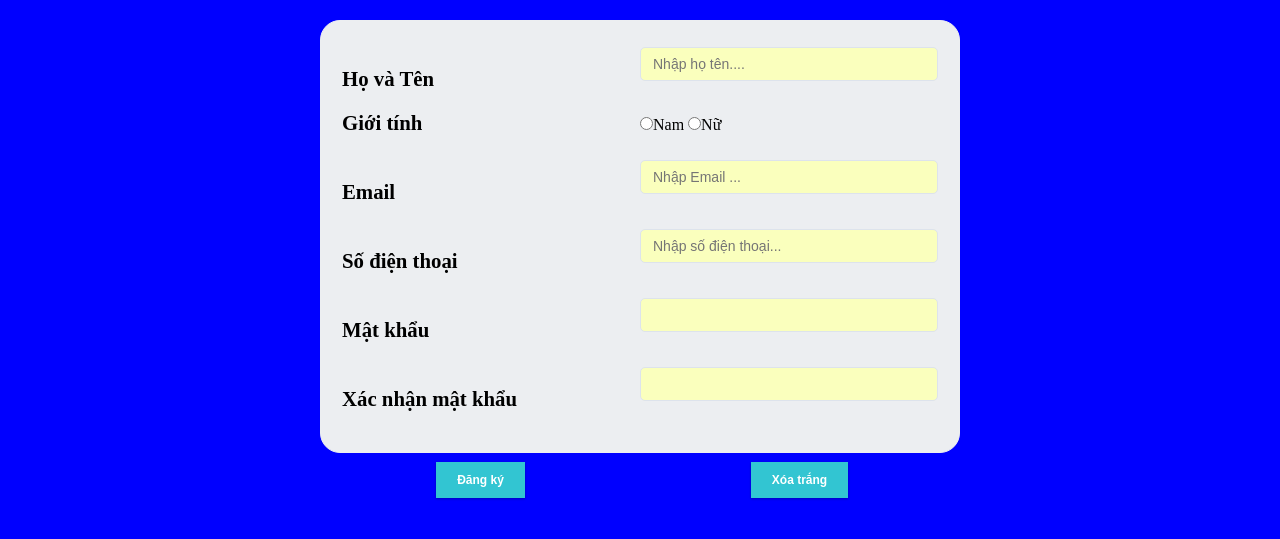
Repository: giacatdat2k5/html4
Page: buoi4/13.2.html
An editor plug-in stored every save of this project. The page is shown before and after the next save, followed by the edit.
The browser window is 1280 px wide. The pictures show the whole page.
Some icons come from a web library that is not loaded, so they are not drawn.

Above is the page before, as saved 2023-10-01 01:04:19.

After the next save:
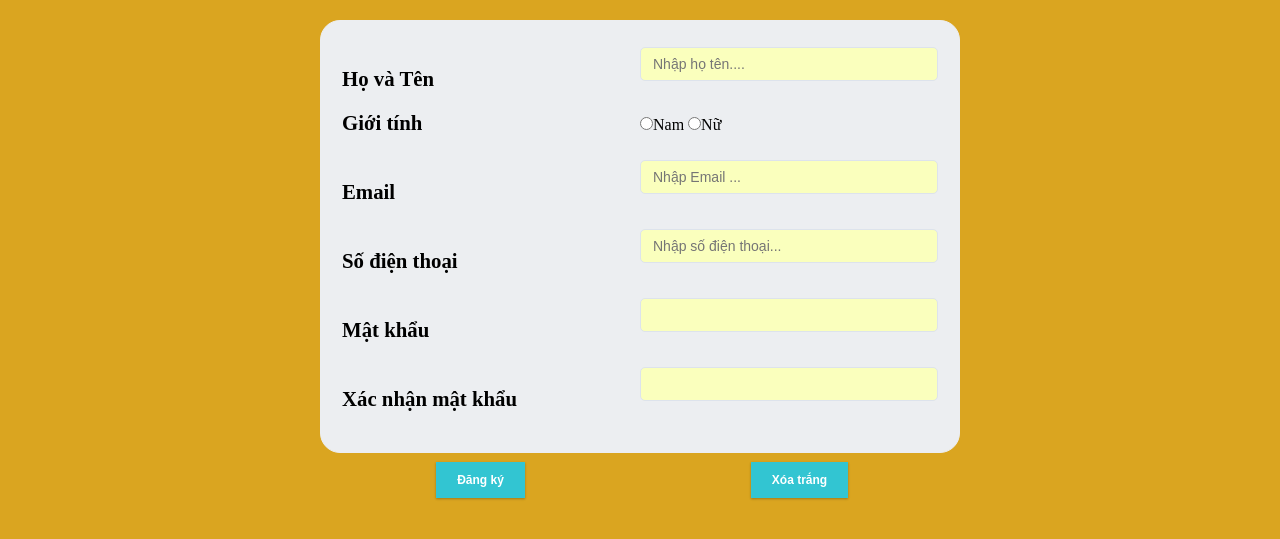
Saved 21 s later.
--- a/buoi4/13.2.css
+++ b/buoi4/13.2.css
@@ -3,7 +3,7 @@
 	padding: 0;
 }
 #wrapper {
-	background: blue;
+	background-color: goldenrod;
 	background-size: cover;
 }
 #frm-register {
